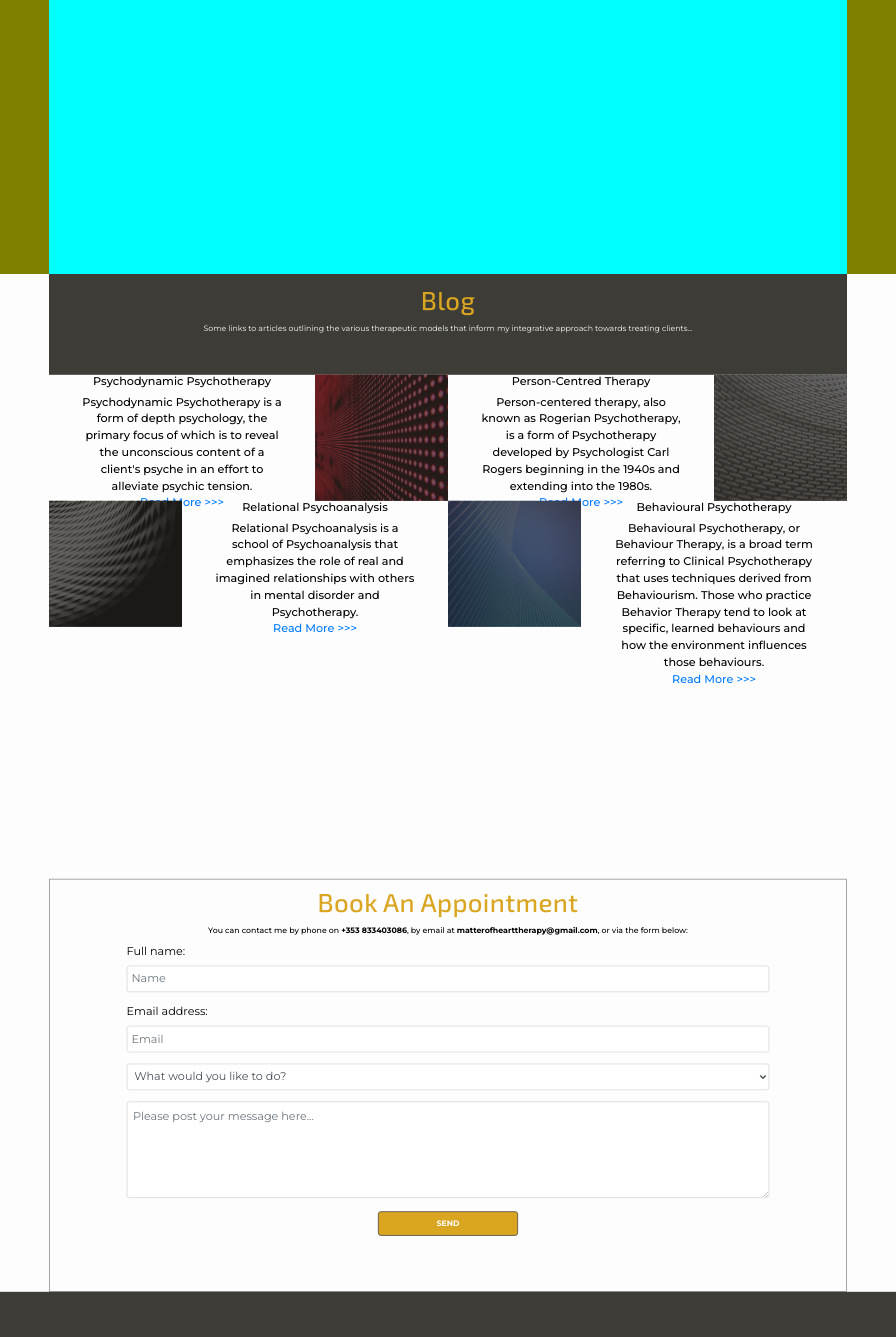
Repository: loosenthedark/UCFD-milestone-project
Page: index.html
The author's editor kept a record of every edit. The page is drawn from the files as they stood at one moment, then again after the next edit.
The browser window is 1280 px wide. The pictures show the part of the page from y = 1889 to 3809 px (the page is 3799 px tall before and 3809 px after), at 70% of full size.
Some web libraries are served in a nearby version.

Above is the page before.

After the next edit:
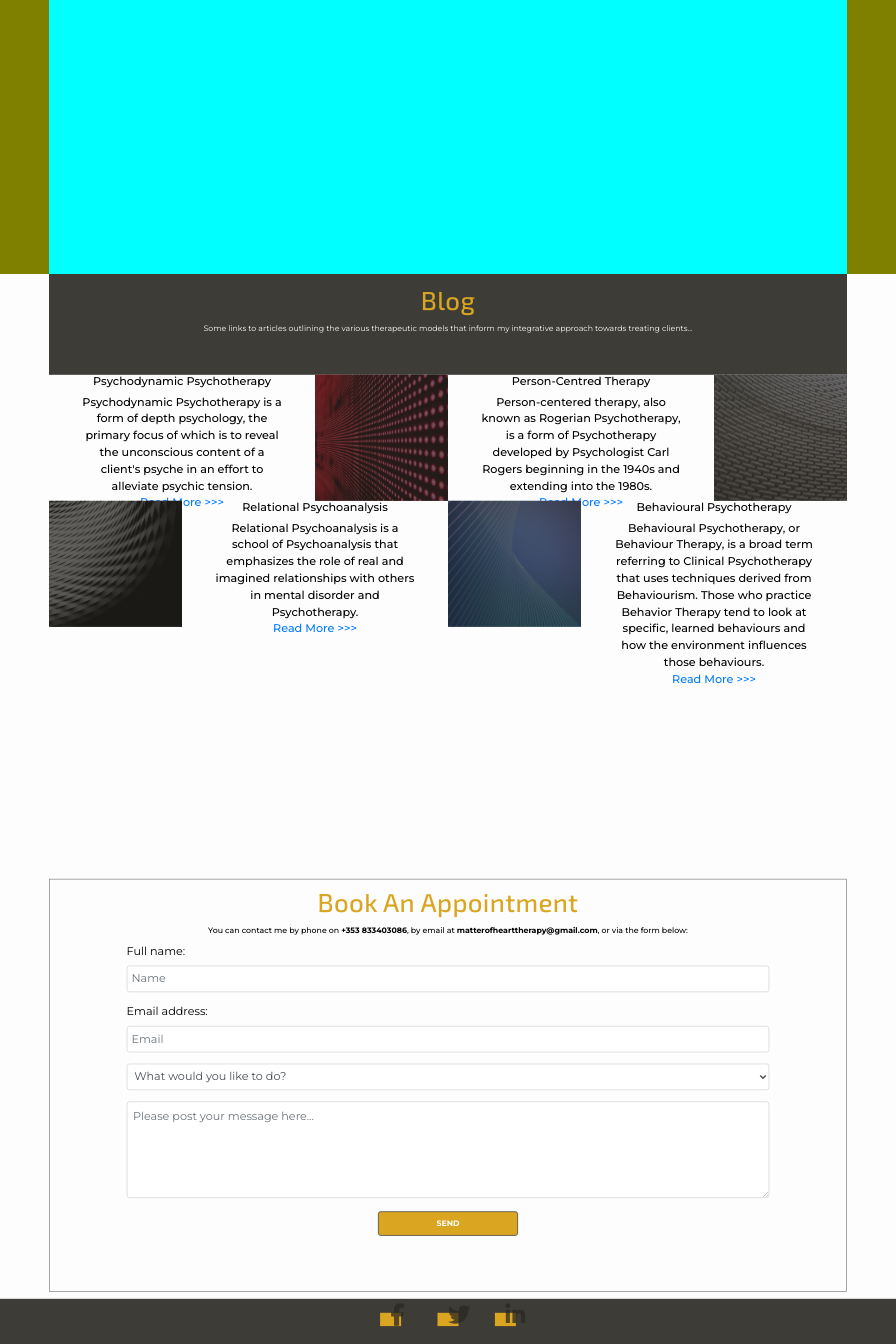
The edit:
--- a/index.html
+++ b/index.html
@@ -371,6 +371,26 @@
     <!----- Footer ----->
     <div class="container-fluid footer-container">
         <footer>
+
+            <ul class="list-inline social-links">
+                    <li class="list-inline-item">
+                        <a href="#" target="_blank">
+                        <i class="fab fa-facebook-f" aria-hidden="true"></i>
+                        <span class="sr-only">Facebook</span>
+                        </a>
+                    </li>
+                    <li class="list-inline-item">
+                        <a href="#" target="_blank">
+                        <i class="fab fa-twitter" aria-hidden="true"></i>
+                        <span class="sr-only">Twitter</span>
+                        </a>
+                    </li>
+                    <li class="list-inline-item">
+                        <a href="#" target="_blank">
+                        <i class="fab fa-linkedin-in" aria-hidden="true"></i>
+                        <span class="sr-only">LinkedIn</span>
+                        </a>
+                    </li>
         </footer>
     </div>
     <!----- end of Footer ----->
